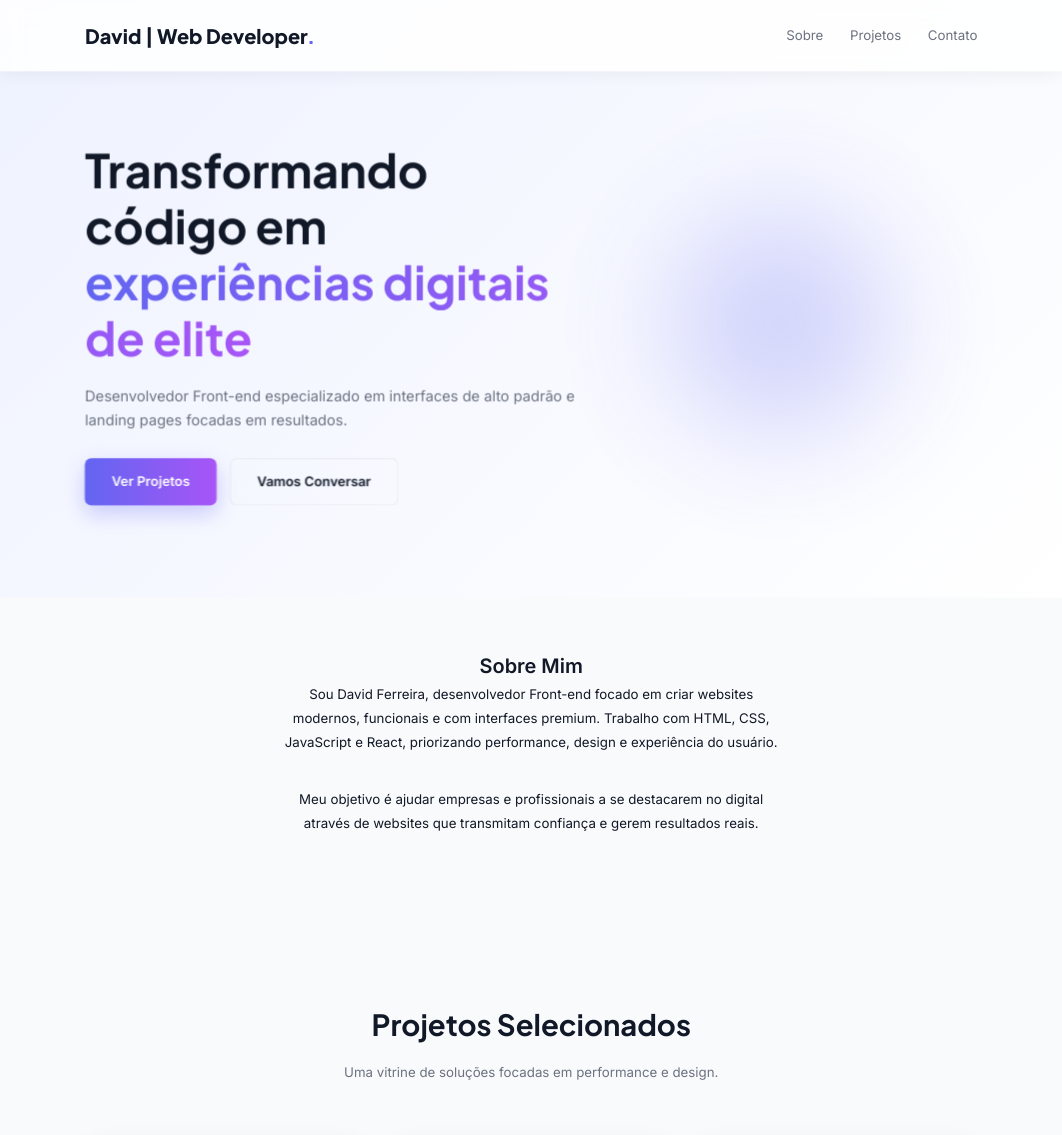
Repository: davidfsillva/David_Ferreira
Page: index.html
An editor plug-in stored every save of this project. The page is shown before and after a run of saves, followed by the edit.
The browser window is 1280 px wide. The pictures show the part of the page from y = 0 to 1368 px (the page is 2694 px tall before and 2822 px after), at 83% of full size.
Pictures or frames that could not be fetched are drawn as grey boxes.

Above is the page before, as saved 2026-02-11 11:58:41.
Console error: TypeError: Cannot read properties of null (reading 'addEventListener')

After the next 2 saves:
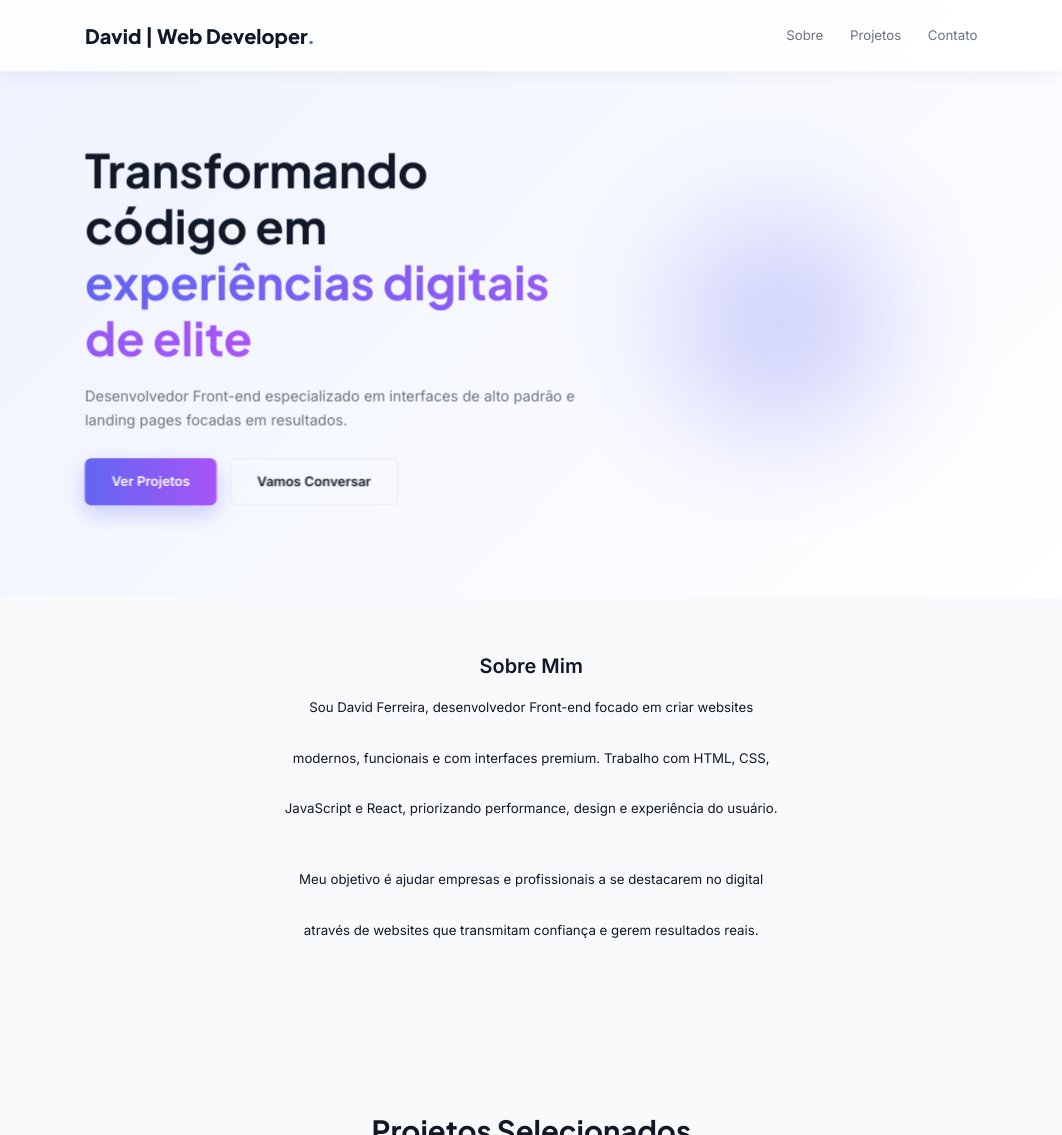
The 2 saves are shown as one change because they came seconds apart.
The last was saved 44 s later.
--- a/style.css
+++ b/style.css
@@ -213,8 +213,8 @@ body {
 }
 
 #about p {
-  margin-bottom: 2.5rem;   /* espaçamento entre parágrafos */
-  line-height: 1.8;        /* deixa a leitura mais confortável */
+  margin-bottom: 1.5rem;   /* espaçamento entre parágrafos */
+  line-height: 3.8;        /* deixa a leitura mais confortável */
 }
 
 
